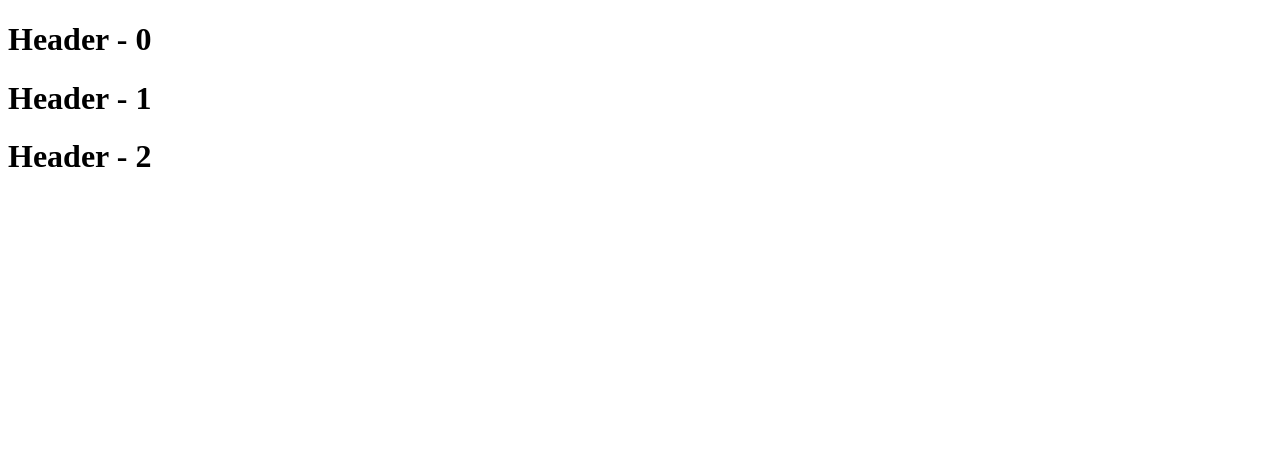
Repository: chlguswns1/web-practice
Page: jQuery/src/main/webapp/02_DOM_Search.html
An editor plug-in stored every save of this project. The page is shown before and after the next save, followed by the edit.
The browser window is 1280 px wide. The pictures show the whole page.

Above is the page before, as saved 2023-03-09 03:57:36.

### jQuery/src/main/webapp/02_DOM_Search.html
<!--
	문서 객체 탐색 : 선택자와 관련된 추가 메서드를 살펴보자.
-->
<!DOCTYPE html>
<html>
<head>
<meta charset="UTF-8">
<title>문서 객체 탐색</title>

<script src="./js/jquery-3.6.3.js"></script>
<script type="text/javascript">
/* 1. 기본 필터링 메서드 */
//   - filter() 메서드 사용 두 가지 형태
//     1) $(selector).filter(selector);
//     2) $(selector).filter(function(index){});



/* 2. 문서 객체 탐색 종료 */
	// 예제1.
	// 체이닝을 사용해 한 줄로 서로 다른 문서 객체에 스타일 적용 가능


	// 예제2.


	// 예제3.
	// 체이닝을 이용한 예제2의 표현
	// end() : 문서 객체 선택을 한 단계 뒤로 돌림.



/* 3. 특정 위치의 문서 객체 선택 */
//  - eq(n) : n번째 위치에 존재하는 문서 객체를 선택.
//  - first() : 첫번째 위치하는 문서 객체를 선택.
//  - last() : 마지막에 위치하는 문서 객체를 선택.



/* 4. 문서 객체 추가 선택 */


/* 5. 문서 객체의 특징 판별 */



</script>

</head>
<body>
<!--
	<h3>Header - 0</h3>
	<h3>Header - 1</h3>
	<h3>Header - 2</h3>
	<h3>Header - 3</h3>
	<h3>Header - 4</h3>
	<h3>Header - 5</h3>
-->

<!-- 4. 문서 객체 추가 선택 예시
	<h1>Header - 0</h1>
	<h2>Header - 1</h2>
	<h1>Header - 2</h1>
	<h2>Header - 3</h2>
	<h1>Header - 4</h1>
-->

<!-- 5. 문서 객체의 특징 판별 -->
	<h1 class="select">Header - 0</h1>
	<h1>Header - 1</h1>
	<h1 class="select">Header - 2</h1>

</body>
</html>

Loaded but not shown: jQuery/src/main/webapp/js/jquery-3.6.3.js (library)

After the next save:
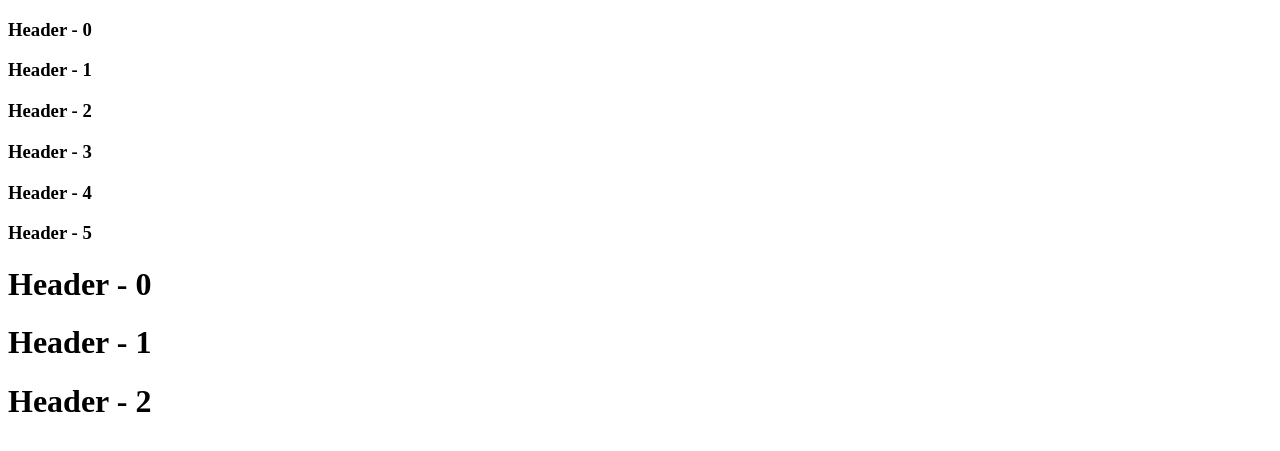
Saved 4 min 22 s later.
--- a/jQuery/src/main/webapp/02_DOM_Search.html
+++ b/jQuery/src/main/webapp/02_DOM_Search.html
@@ -13,6 +13,9 @@
 //   - filter() 메서드 사용 두 가지 형태
 //     1) $(selector).filter(selector);
 //     2) $(selector).filter(function(index){});
+
+	//예제 : 홀수번째 속성 변경.
+	$
 
 
 
@@ -48,14 +51,14 @@
 
 </head>
 <body>
-<!--
+<!-- -->
 	<h3>Header - 0</h3>
 	<h3>Header - 1</h3>
 	<h3>Header - 2</h3>
 	<h3>Header - 3</h3>
 	<h3>Header - 4</h3>
 	<h3>Header - 5</h3>
--->
+
 
 <!-- 4. 문서 객체 추가 선택 예시
 	<h1>Header - 0</h1>
